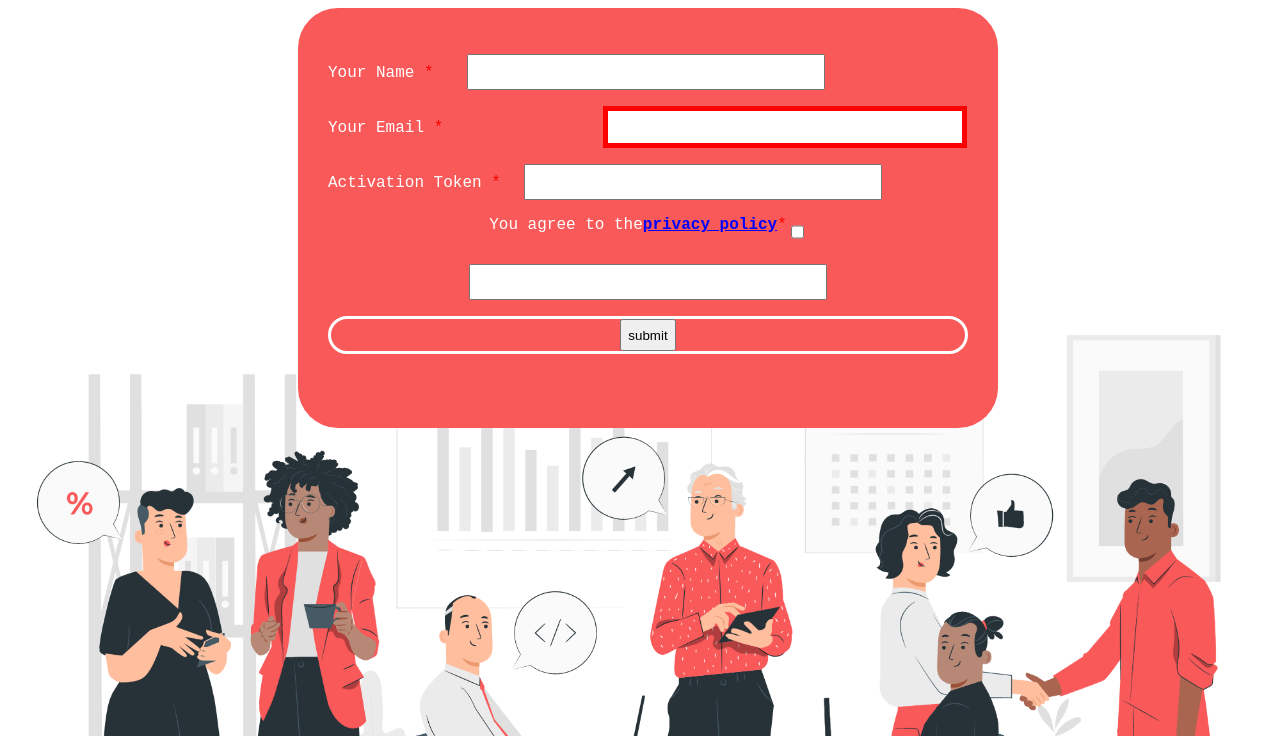
Repository: Rachael4life/Assignment-1
Page: starter-code/src/index.html
The author's editor kept a copy of each file at every save. The page is drawn from the files as they stood at one save, then again after the next save.
The browser window is 1280 px wide. The page is 1288 px wide, so the pictures cover 1288 px, including what lies to the right of the window. The pictures show the whole page.

Above is the page before, as saved 2022-02-28 06:17:50.

### starter-code/src/index.html
<!DOCTYPE html>
<html lang="en">
<head>
    <meta charset="UTF-8">
    <meta http-equiv="X-UA-Compatible" content="IE=edge">
    <meta name="viewport" content="width=device-width, initial-scale=1.0">
    <link rel="stylesheet" href="style.css">
    <link rel="preconnect" href="https://fonts.googleapis.com">
<link rel="preconnect" href="https://fonts.gstatic.com" crossorigin>
    <link href="https://fonts.googleapis.com/css2?family=Courier+Prime&display=swap" rel="stylesheet">
    <title>Assignment 1</title>
</head>
<body>
    <div id="ramyeon">
        <form class="kimchi">
            <div> <p></p>
                <label for="name">Your Name <span class="asteric">*</span></label>
                <input class="formgroup" type="text" name="name" id="name" placeholder="">
            </div>
            <div> <p></p>
                <label for="email">Your Email <span class="asteric">*</span> </label>
                <input class="formgroup" type="text" name="email" id="email" placeholder="">
            </div>
            <div> <p></p>
                <label for="password">Activation Token <span class="asteric">*</span> </label>
                <input class="formgroup" type="password" name="activation token" id="password" placeholder="">
            </div>
           <p></p>
            <div class="water"><p></p>
                You agree to the <a href="privacy policy" id="privacy"><b> privacy policy</a></b><span class="asteric">*</span> <input type="checkbox">
            </div>
            <p></p>
            <div id="validation"><p></p>
                <label for="validation"></label>
                <input type="text" class="formgroup">
            </div>
            <p></p>
            <div class="gogi"><p></p>
                <button type="button">submit</button>
            </div>
        </form>
    </div>
</body>
</html>

### starter-code/src/style.css
body {
    color: white;
    font-family: 'Courier Prime', monospace;
    width: 100vw;
    height: 100vh;
    background-image: url("img.png");
    background-size: cover;
    background-repeat: no-repeat;
    font-size: 16px;
}
form {
    background-color: #fa5959;
    font-size: 16px;
    width: 50%;
    height: 50%;
    padding: 30px;
    border-radius: 40px;
}
#name {
    margin-left: 24px;
    height: 30px;
    width: 350px;
}
#email {
    margin-left: 150px;
    height: 30px;
    width: 350px;
}
#password {
    margin-left: 14px;
    height: 30px;
    width: 350px;
}
#ramyeon {
    display: flex;
    justify-content: center;
    align-content: space-between;
    width: 100%;
    height: 100%;
    font-family: 'Courier New', Courier, monospace;
}
#validation {
    align-content: center;
    justify-content: center;
    display: flex;
}
.gogi {
    display: flex;
    justify-content: center;
    align-content:center;
    border-style: solid;
    border-radius: 30px;
    border-color: white;
    background: #fa5959;
    margin: auto;
    font-size: 16px;
    font-family: 'Courier Prime', Courier, monospace;
    font-weight: 500, 700;
    font: bolder;


}
.water {
    align-content: center;
    justify-content: center;
    display:flex;
}
.formgroup {
    width: 350px;
    height: 30px;
}
#email {
    border: 5px solid red;
}
.asteric {
    color: red;
}
#privacy {
    color: blue;
}

After the next save:
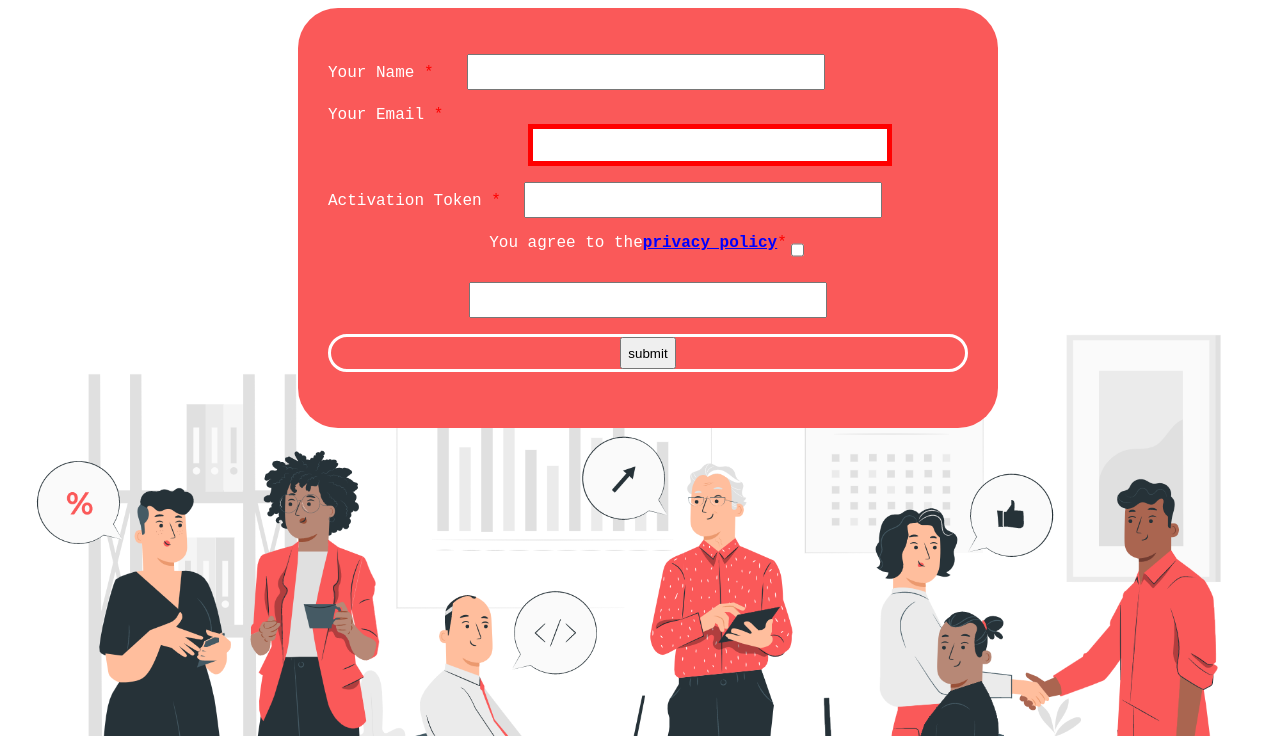
Saved 71 s later.
--- a/starter-code/src/style.css
+++ b/starter-code/src/style.css
@@ -22,7 +22,7 @@ form {
     width: 350px;
 }
 #email {
-    margin-left: 150px;
+    margin-left: 200px;
     height: 30px;
     width: 350px;
 }
